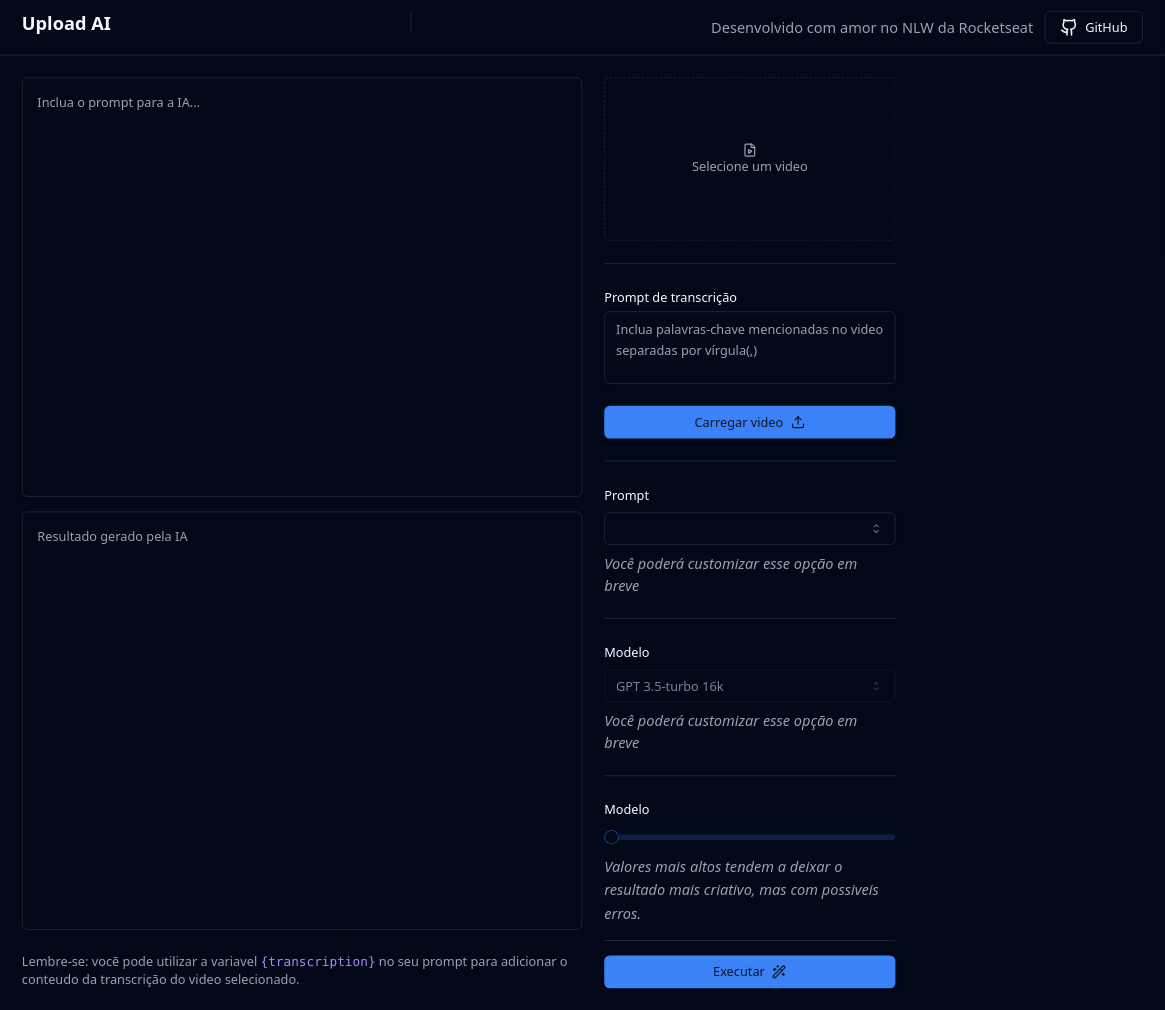
Repository: brksaian/nlw-2023-IA
Page: /
These files come from the project's save history. The page is drawn as it stood at one moment and after the next save; the edit follows.
The browser window is 1280 px wide. The pictures show the whole page, at 91% of full size.
The project was rebuilt for these pictures with package versions that can differ from the ones it lists, and the page was loaded fresh each time. Also part of the build but not shown: vite.config.ts.

Above is the page before, as saved 2023-09-13 01:06:12.

After the next save:
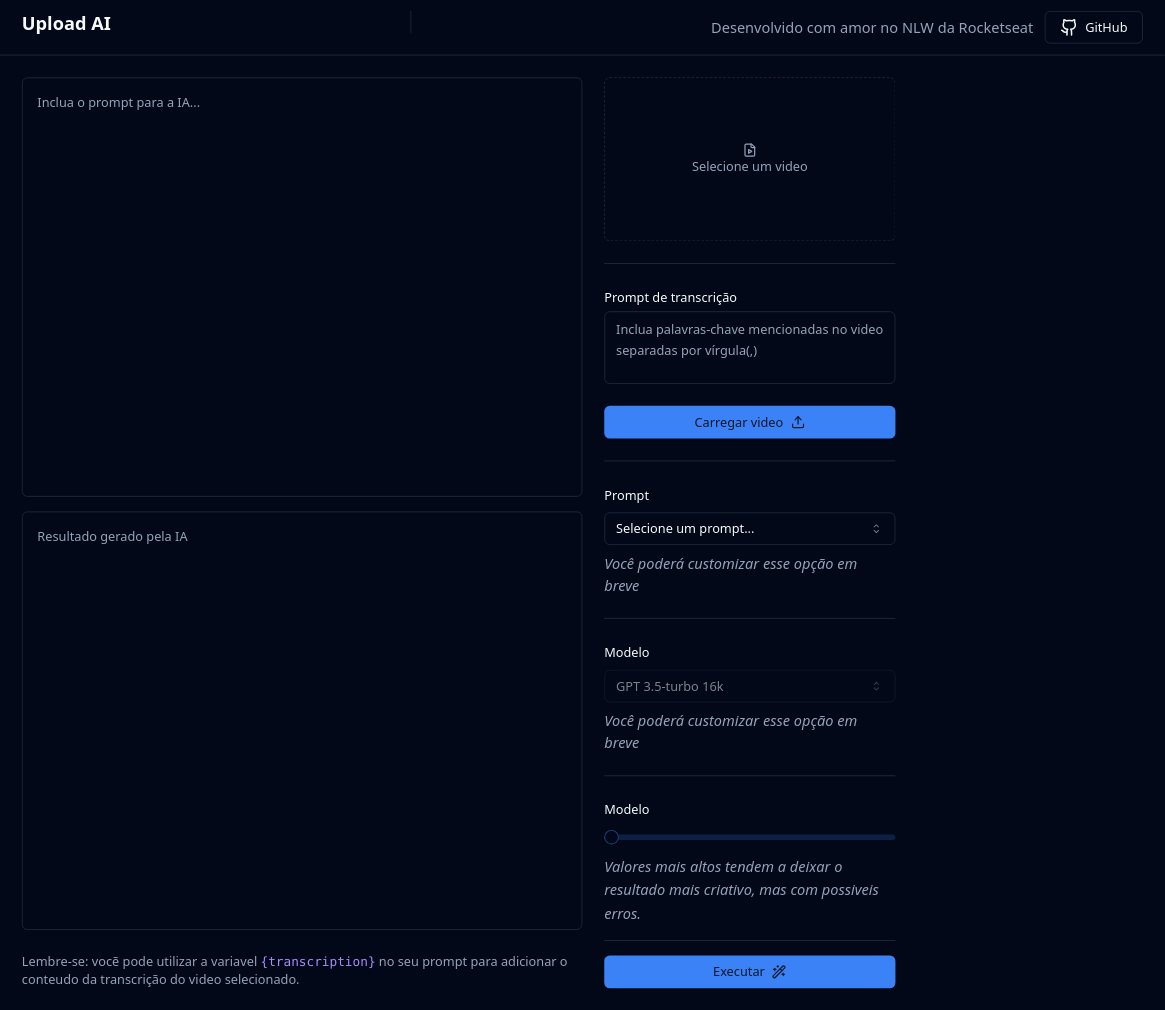
Saved 23 s later.
--- a/src/App.tsx
+++ b/src/App.tsx
@@ -93,7 +93,7 @@
               <Label>Prompt</Label>
               <Select>
                 <SelectTrigger>
-                  <SelectValue placeholder />
+                  <SelectValue placeholder="Selecione um prompt..." />
                 </SelectTrigger>
                 <SelectContent>
                   <SelectItem value={"gpt3.5"}>GPT 3.5-turbo 16k</SelectItem>
